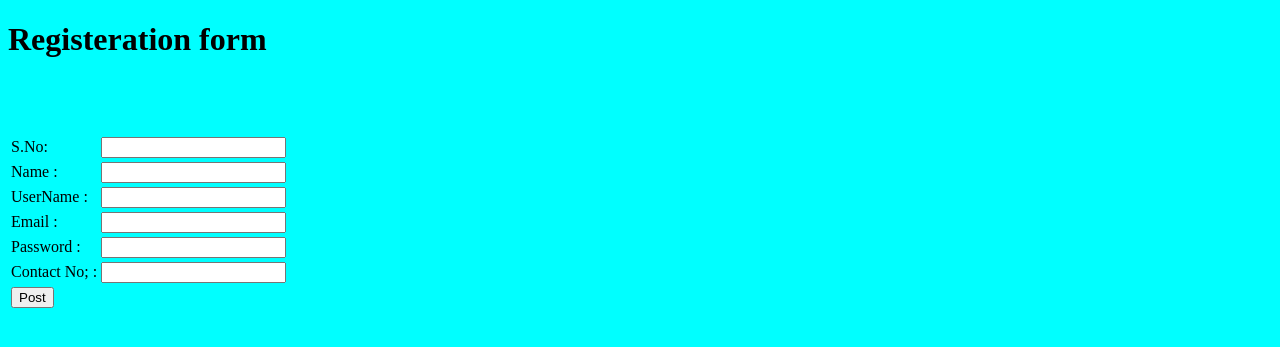
Repository: Vkrishna9135/JSP-2ND-TIME
Page: SERVLETS_FOLDER/Register_Loginvalidation/src/main/webapp/Registeration.html
These files come from the project's save history. The page is drawn as it stood at one moment and after the next save; the edit follows.
The browser window is 1280 px wide. The pictures show the whole page.

Above is the page before, as saved 2023-04-12 02:06:45.

After the next save:
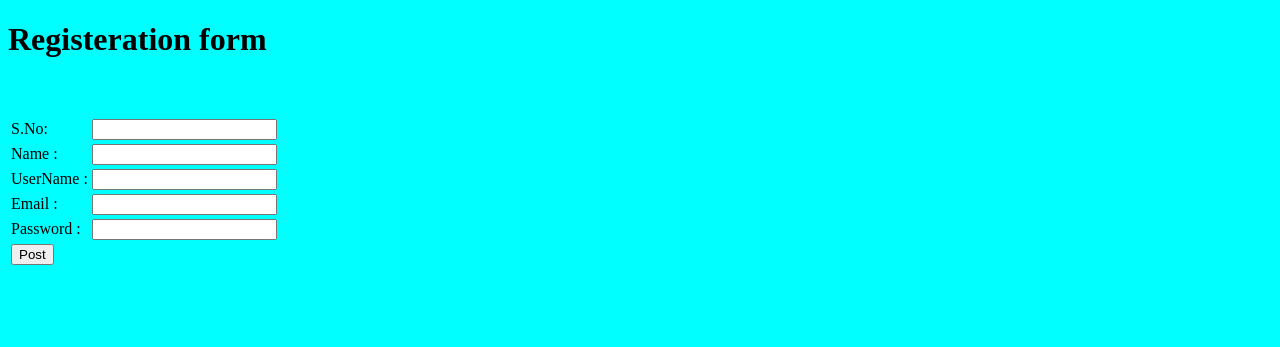
Saved 88 s later.
--- a/SERVLETS_FOLDER/Register_Loginvalidation/src/main/webapp/Registeration.html
+++ b/SERVLETS_FOLDER/Register_Loginvalidation/src/main/webapp/Registeration.html
@@ -32,10 +32,7 @@
                 <td><input type="password" name="pw"></td>
                </tr>
 
-               <tr>
-                <td><label for="">Contact No; :</label></td>
-                <td><input type="number" name="cn"></td>
-               </tr><br>
+
 
                <tr><td><input type="submit" value="Post"></td>
                </tr>

After the save that followed:
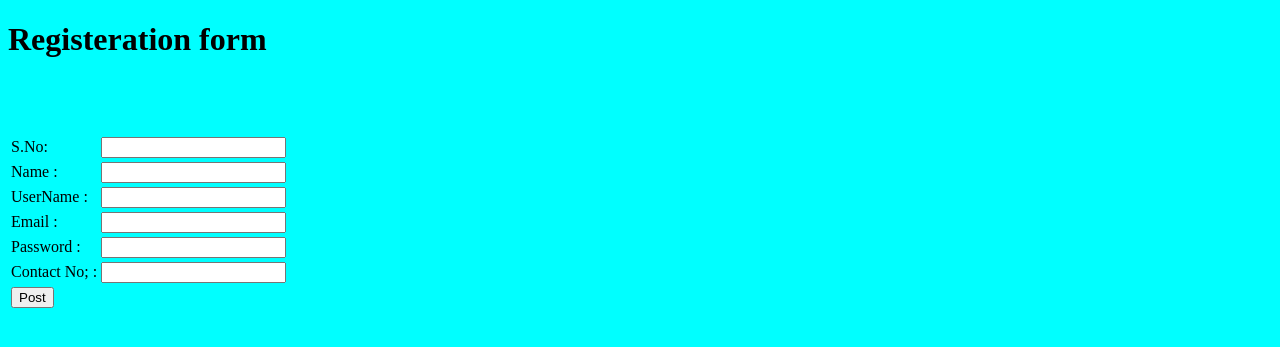
Saved 77 s later.
--- a/SERVLETS_FOLDER/Register_Loginvalidation/src/main/webapp/Registeration.html
+++ b/SERVLETS_FOLDER/Register_Loginvalidation/src/main/webapp/Registeration.html
@@ -3,7 +3,7 @@
 <meta charset="UTF-8">
 <body bgcolor='cyan'>
 <div>
-        <form action="fs">
+        <form action="fs" method="post">
             <table>
                 <h1>Registeration form</h1>
 
@@ -32,7 +32,10 @@
                 <td><input type="password" name="pw"></td>
                </tr>
 
-
+               <tr>
+                <td><label for="">Contact No; :</label></td>
+                <td><input type="number" name="cn"></td>
+               </tr><br>
 
                <tr><td><input type="submit" value="Post"></td>
                </tr>
